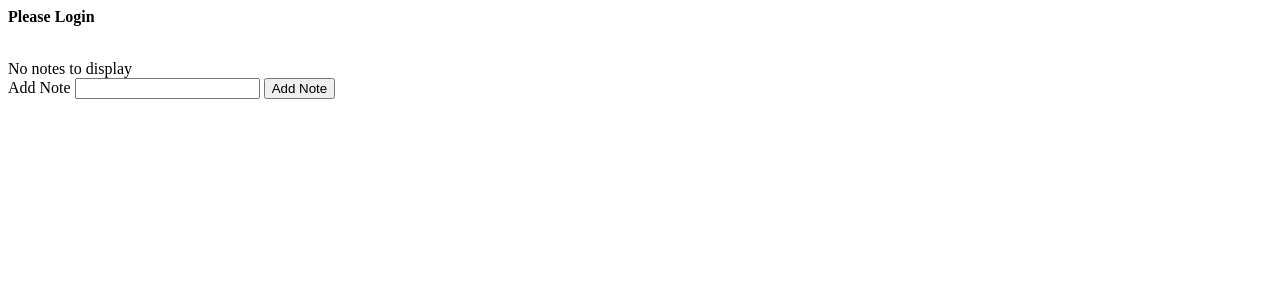
Repository: ramasubbaiya/PHP_Term_1_Course_Work
Page: http://localhost/UserNotes/index.php?do=new
The author's editor kept a copy of each file at every save. The page is drawn from the files as they stood at one save, then again after the next save.
The browser window is 1280 px wide. The pictures show the whole page.
The page is run by PHP 8.4 with error messages shown; the project is at /var/www/html/. Queries for data that is not in the repository find no rows.

Above is the page before, as saved 2015-04-16 13:44:38.

### ZendStudio/Lambton/UserNotes/index.php
<?php
session_start();

/*
 * connect to the database
 * check for connection errors*/
include('sqlconn.php');


?>
<!DOCTYPE>
<html>
<head>
</head>
<body>

<?php


    include_once 'notes.php';

    $user = "";

    if(isset($_SESSION['user'])){
        $user = $_SESSION['user'];

    }else{
        echo "<p><b>Please Login </b></p></br>";

    }

    $getNotes = retrieveNotes();

    if (is_array($getNotes))
    {




    foreach($getNotes as $notes){
        echo $notes['note'];
        if($_SESSION['user'] == $notes['user']){
            echo "<a href='notes.php?do=delete&time={$notes['time']}'>Delete Note</a></br>";
        }
    }
    }else{
        echo "No notes to display";
    }


?>

<!-- // comment // -->
<form method="post" action="index.php?do=new">
		Add Note <input type="text"	name="notes" />
			  <input type='submit' value="Add Note" name='addnote'>
		 <br/>

	</form>

<?php

?>





</body>
</html>

### ZendStudio/Lambton/UserNotes/sqlconn.php
<?php

//Connect to the MySQL server using mysqli_connect() with error checking
$conn = mysqli_connect("127.0.0.1", "PHP02", "PHP02", "PHP02");


// error checking
if (mysqli_connect_errno()) {
    printf("Connect failed :%s\n", mysqli_connect_error());
    exit();
} else {

}

### ZendStudio/Lambton/UserNotes/notes.php
<?php
//SQL connection
include 'sqlconn.php';

//$conn = mysqli_connect("127.0.0.1", "PHP02", "PHP02", "PHP02");


$msg="";
if (isset($_GET['do'])) {
    if ($_GET['do'] == "new") {

        if($_POST)
        {
            $user = $_SESSION['user'];
            $note = $_POST['notes'];

            addNotes($user, $note);

        }

    } else if ($_GET['do'] == "delete") {

        $user = $_SESSION['user'];
        $time = $_GET['time'];

        deleteNotes($user, $time);
    }

}


function retrieveNotes(){

    include 'sqlconn.php';

    $query = "SELECT * FROM notes_table";
    $result = mysqli_query($conn, $query);
    //print_r($result);
    //$result1 = mysqli_affected_rows($conn);
    //print_r($result1);
    if ($result) {
        $notes = array();
        while ($row=mysqli_fetch_array($result)) {
            $notes[] = array("user" => $row['username'], "note" => $row['note'], "time" => $row['time']);
        }
    }


}

function addNotes($user,$notes){

    include 'sqlconn.php';

    $query = "insert into notes_table (username,note) values('{$user}','{$notes}');";
    $result = mysqli_query($conn, $query);
    if ($result) {
        if (mysqli_affected_rows($conn) > 0) {
            mysqli_close($conn);
            return true;
        }
    }
    mysqli_close($conn);
    return false;

}

function deleteNotes($user,$time){

        include 'sqlconn.php';

        $query = "delete from notes_table where username='{$user}' and time='{$time}'";
        $result = mysqli_query($conn, $query);
        if ($result) {
            if (mysqli_affected_rows($conn) > 0) {
                mysqli_close($conn);

            }
        }
        mysqli_close($conn);
}

After the next save:
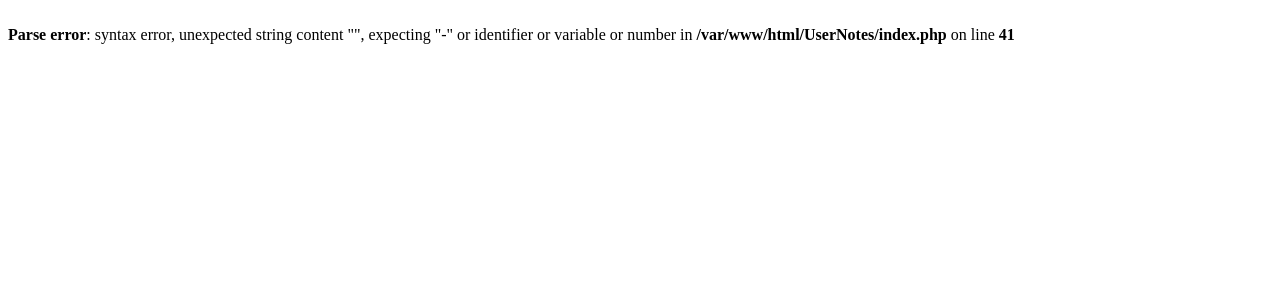
Saved 71 s later.
--- a/ZendStudio/Lambton/UserNotes/index.php
+++ b/ZendStudio/Lambton/UserNotes/index.php
@@ -38,7 +38,7 @@
 
 
     foreach($getNotes as $notes){
-        echo $notes['note'];
+        echo "$notes['note']";
         if($_SESSION['user'] == $notes['user']){
             echo "<a href='notes.php?do=delete&time={$notes['time']}'>Delete Note</a></br>";
         }

After the save that followed:
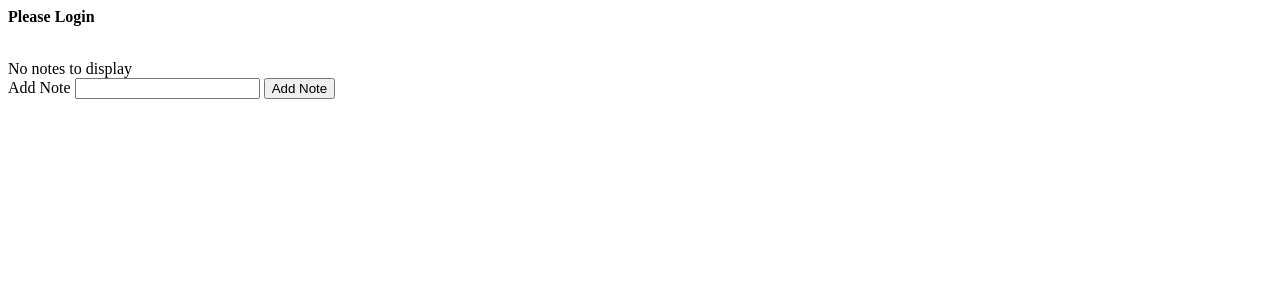
Saved 18 s later.
--- a/ZendStudio/Lambton/UserNotes/index.php
+++ b/ZendStudio/Lambton/UserNotes/index.php
@@ -38,7 +38,7 @@
 
 
     foreach($getNotes as $notes){
-        echo "$notes['note']";
+        echo $notes['note'];
         if($_SESSION['user'] == $notes['user']){
             echo "<a href='notes.php?do=delete&time={$notes['time']}'>Delete Note</a></br>";
         }
